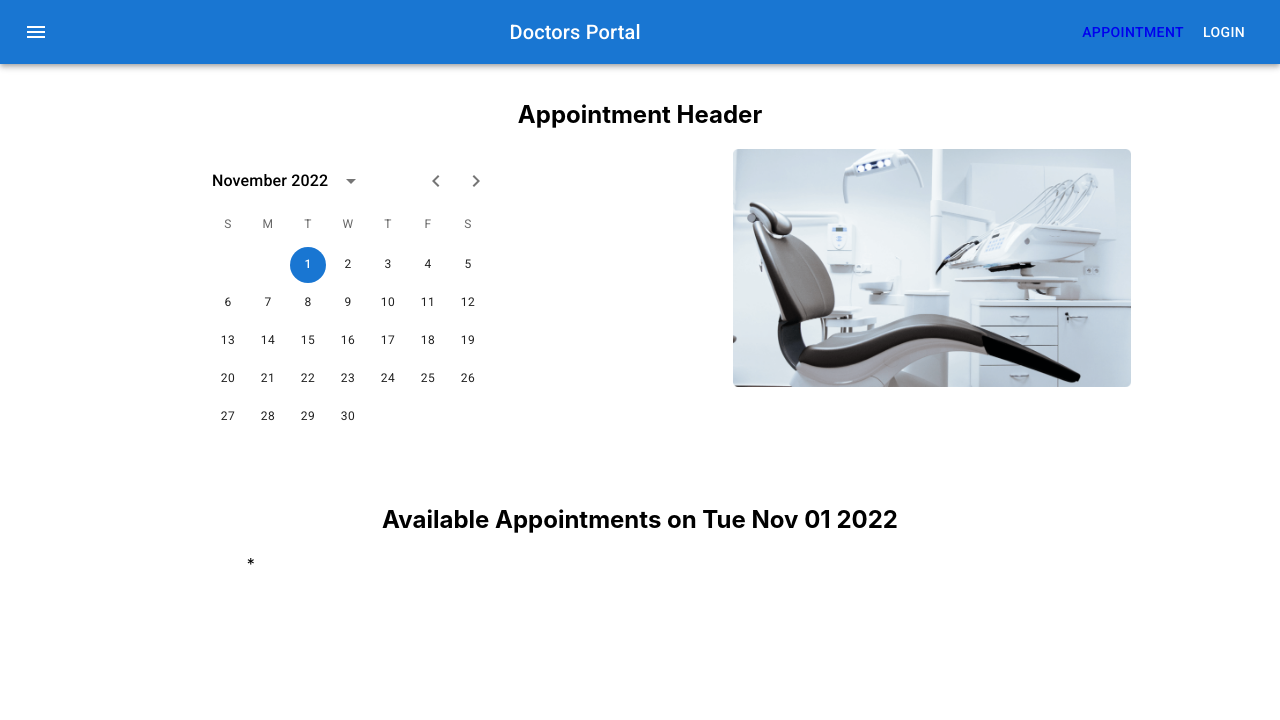
Repository: Sharif-00112/doctors-portal-client
Page: /appointment
The author's editor kept a copy of each file at every save. The page is drawn from the files as they stood at one save, then again after the next save.
The browser window is 1280 px wide. The pictures show the whole page.
The project was rebuilt for these pictures with package versions that can differ from the ones it lists, and the page was loaded fresh each time. Also part of the build but not shown: src/Pages/Home/AppointmentBanner/AppointmentBanner.js, src/Pages/Home/Banner/Banner.js, src/Pages/Home/Service/Service.js, src/Pages/Home/Services/Services.js, src/Pages/Home/Home/Home.js.

Above is the page before, as saved 2022-11-02 14:42:45.

After the next save:
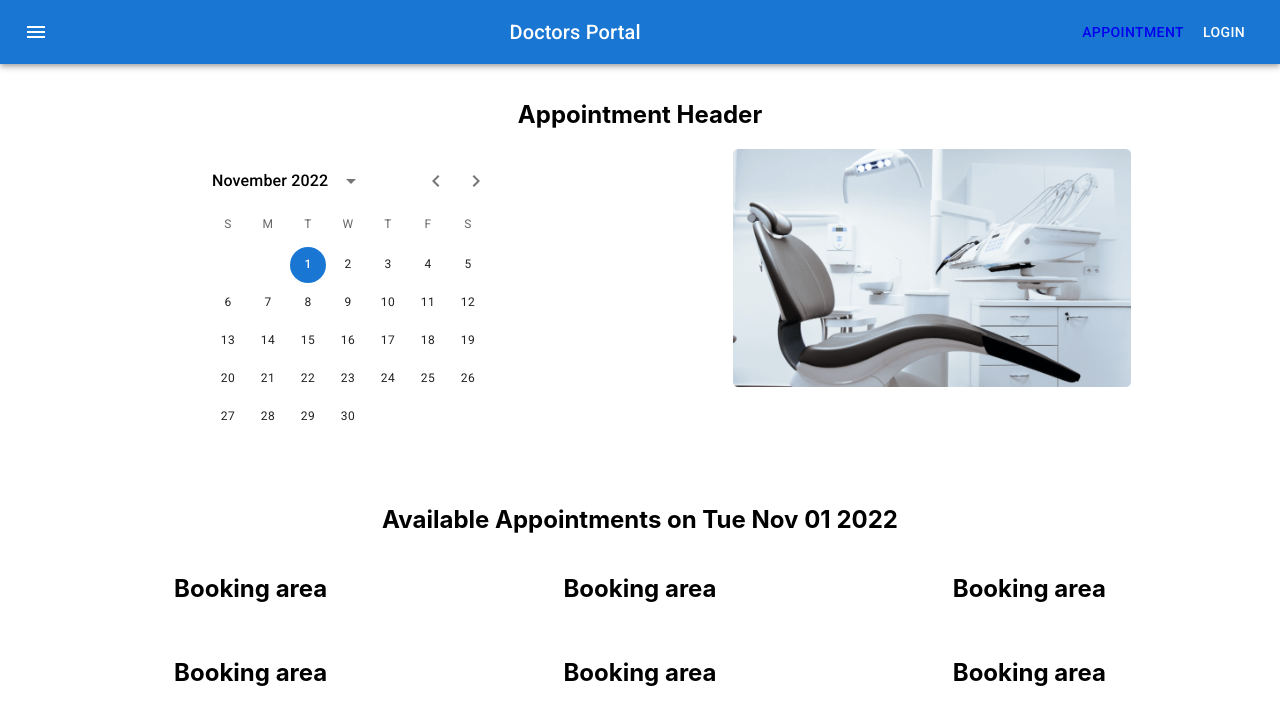
Saved 6 min 5 s later.
--- a/src/Pages/Appointment/AvailableAppointments/AvailableAppointments.js
+++ b/src/Pages/Appointment/AvailableAppointments/AvailableAppointments.js
@@ -2,6 +2,7 @@ import React from 'react';
 import { Container } from '@mui/system';
 import Box from '@mui/material/Box';
 import Grid from '@mui/material/Unstable_Grid2';
+import Booking from '../Booking/Booking';
 
 const bookings = [
     {
@@ -50,9 +51,20 @@ const AvailableAppointments = ({ date }) => {
 
             <Box sx={{ flexGrow: 1 }}>
                 <Grid container spacing={2}>
-                    <Grid xs={6} md={4}>
-                        *
-                    </Grid>
+                    {/* <Grid xs={6} md={4}>
+
+                    </Grid> */}
+
+                    {
+                        bookings.map(booking => (
+                            <Grid xs={2} sm={4} md={4} key={booking.id}>
+                                <Booking
+                                    key = {booking.id}
+                                    booking = {booking}
+                                ></Booking>
+                            </Grid>
+                        ))
+                    }
                 </Grid>
             </Box>
         </Container>
